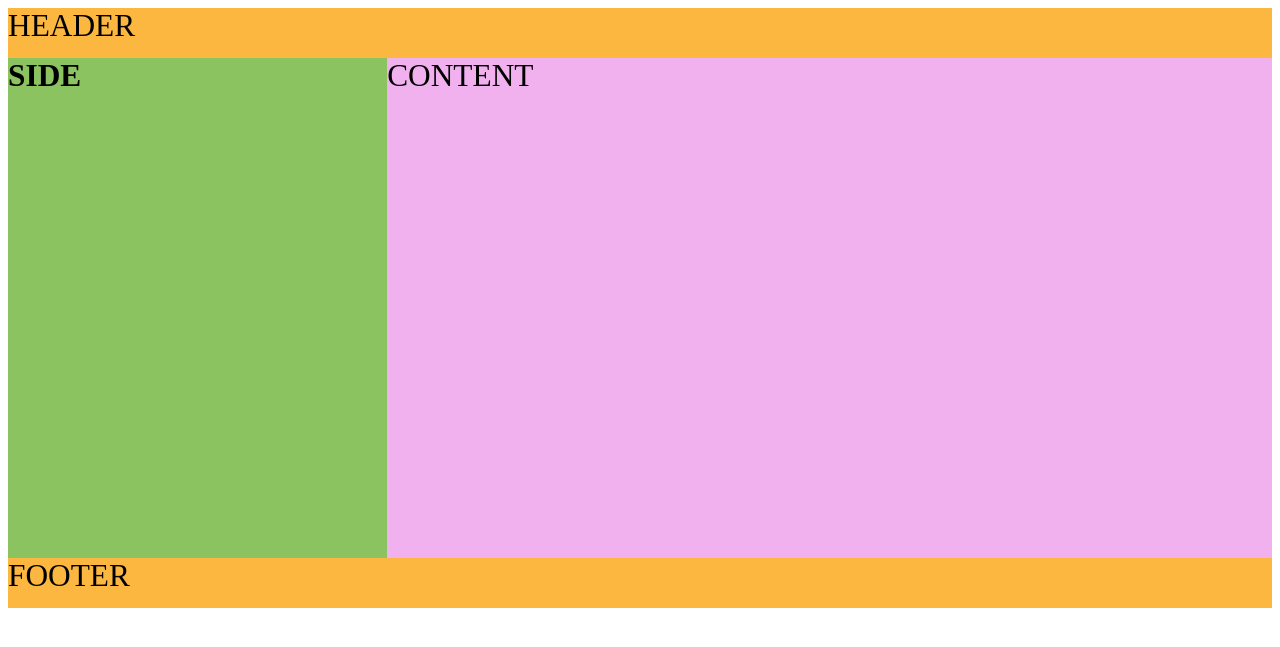
Repository: DuongThanhLong/Basic-responsive-HTML--CSS
Page: Flexbox/index.html
These files come from the project's save history. The page is drawn as it stood at one moment and after the next save; the edit follows.
The browser window is 1280 px wide. The pictures show the whole page.

Above is the page before, as saved 2021-09-21 18:08:32.

### Flexbox/index.html
<!DOCTYPE html>
<html lang="en">

<head>
    <meta charset="UTF-8">
    <meta http-equiv="X-UA-Compatible" content="IE=edge">
    <meta name="viewport" content="width=device-width, initial-scale=1.0">
    <title>Flexbox</title>
    <style>
        * {
            box-sizing: inherit;
            font-size: 1.4rem;
        }

        header {
            background-color: #FCB741;
            height: 50px;
        }

        .center {
            display: flex;
            height: 500px;
        }

        .side {
            font-weight: bold;
            width: 30%;
            background-color: #8BC360;
        }

        .content {
            width: 70%;
            background-color: #F1B1EE;
        }

        footer {
            background-color: #FCB741;
            height: 50px;
        }
    </style>
</head>

<body>
    <header>HEADER</header>
    <div class="center">
        <div class="side">SIDE</div>
        <div class="content">CONTENT</div>
    </div>
    <footer>FOOTER</footer>
</body>

</html>

After the next save:
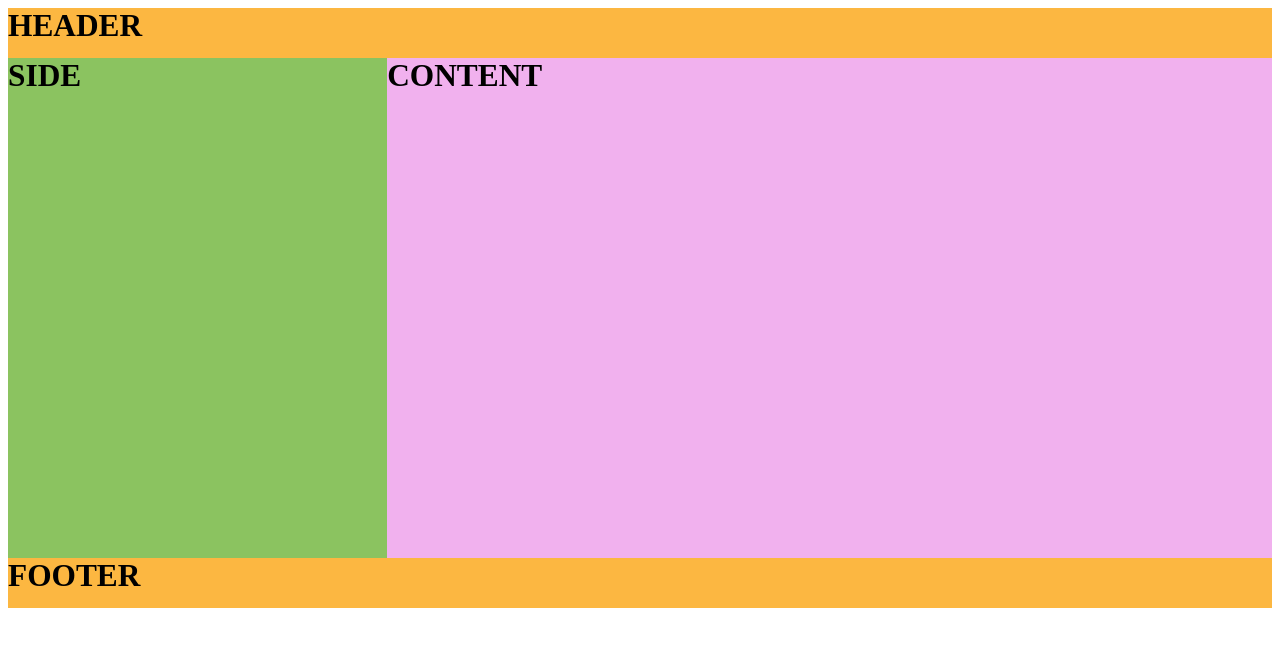
Saved 26 s later.
--- a/Flexbox/index.html
+++ b/Flexbox/index.html
@@ -13,6 +13,7 @@
         }
 
         header {
+            font-weight: bold;
             background-color: #FCB741;
             height: 50px;
         }
@@ -29,11 +30,13 @@
         }
 
         .content {
+            font-weight: bold;
             width: 70%;
             background-color: #F1B1EE;
         }
 
         footer {
+            font-weight: bold;
             background-color: #FCB741;
             height: 50px;
         }
